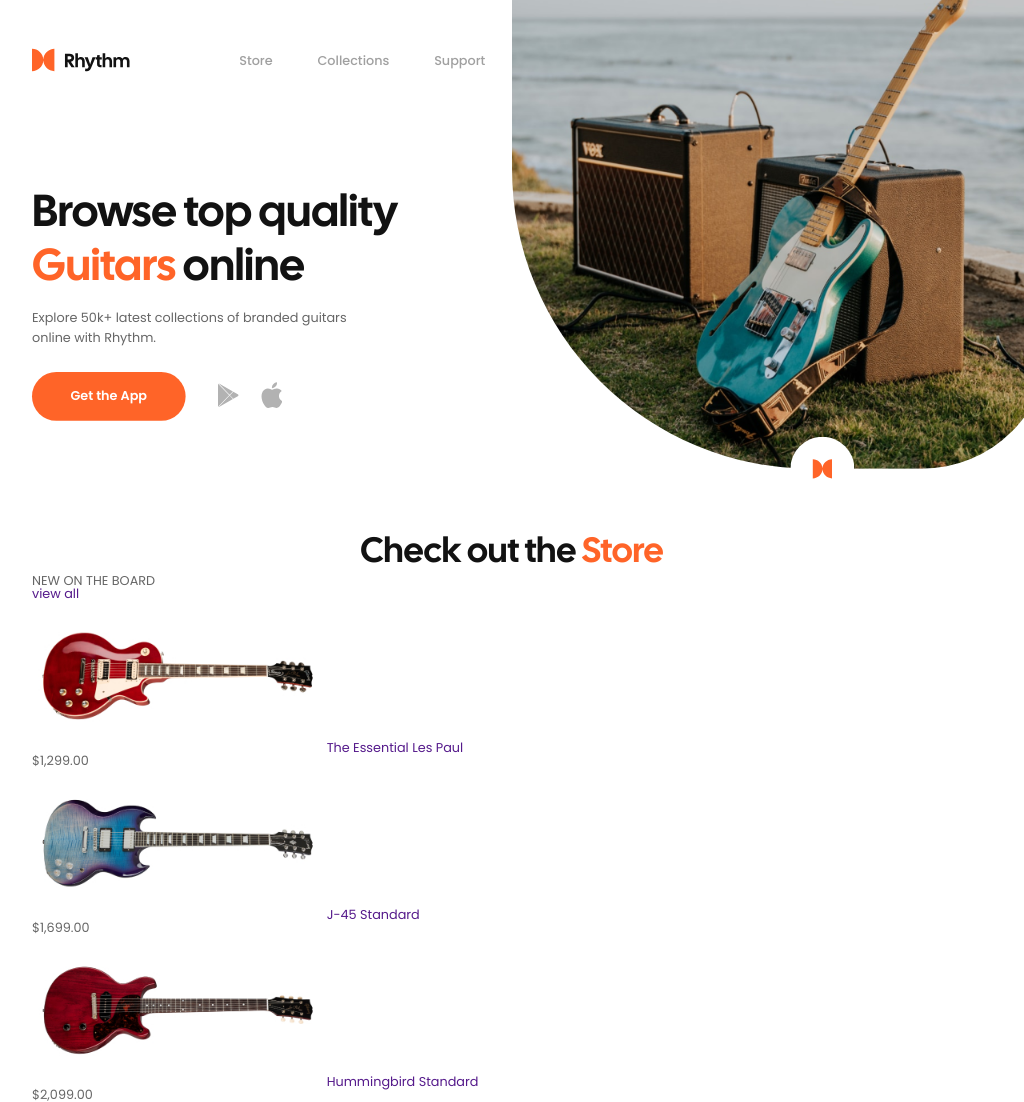
Repository: Ed-Lubenets/website_guitar
Page: index.html
An editor plug-in stored every save of this project. The page is shown before and after the next save, followed by the edit.
The browser window is 1280 px wide. The pictures show the whole page, at 80% of full size.

Above is the page before, as saved 2023-01-03 20:52:55.

After the next save:
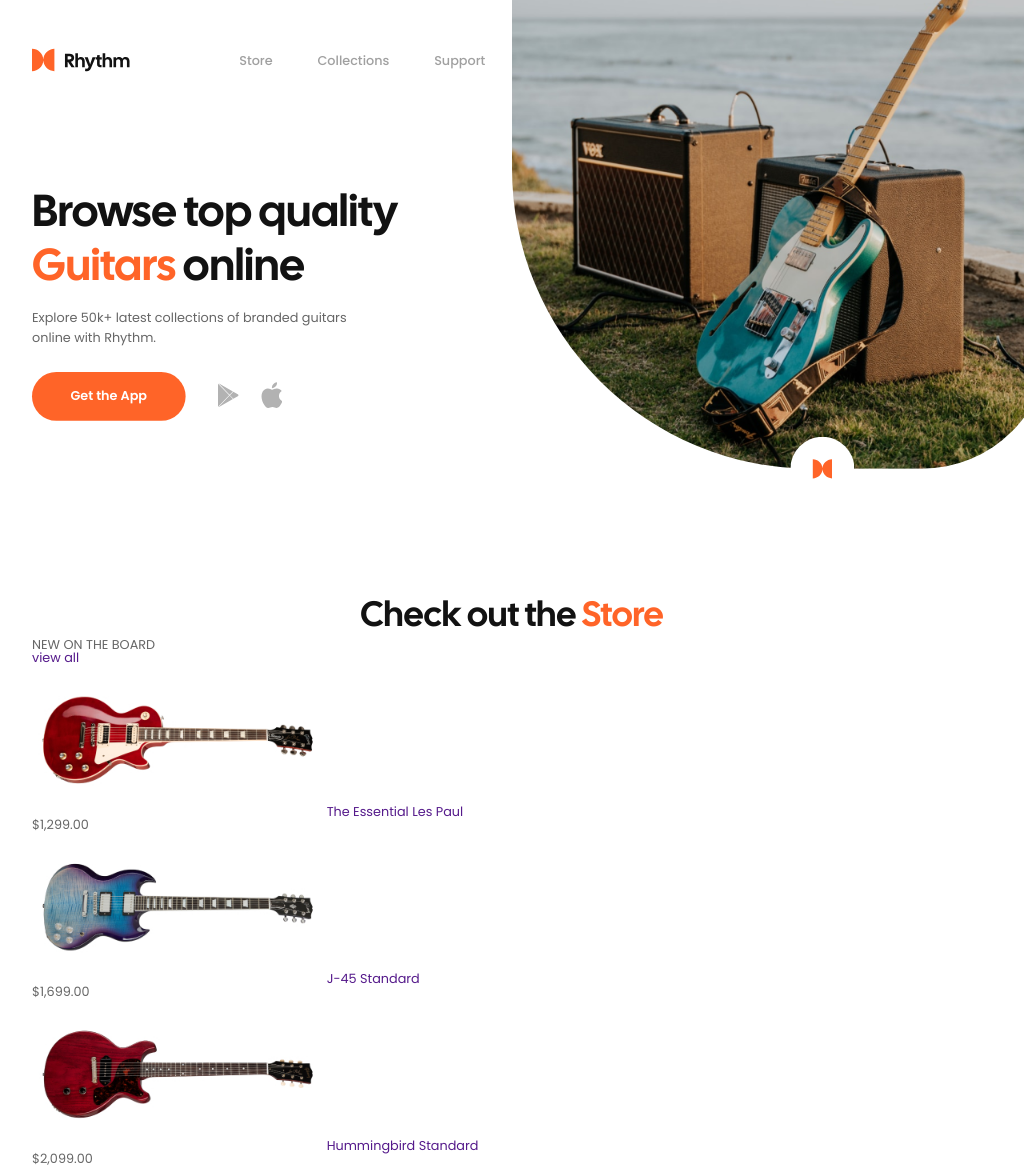
Saved 5 s later.
--- a/style/style.css
+++ b/style/style.css
@@ -264,7 +264,7 @@
 
 /* --------------------------------------------------------------------STORE------------------------------------------------------- */
 .store {
-    pt
+    padding-top: 80px;
 }
 .store__container {
 }
